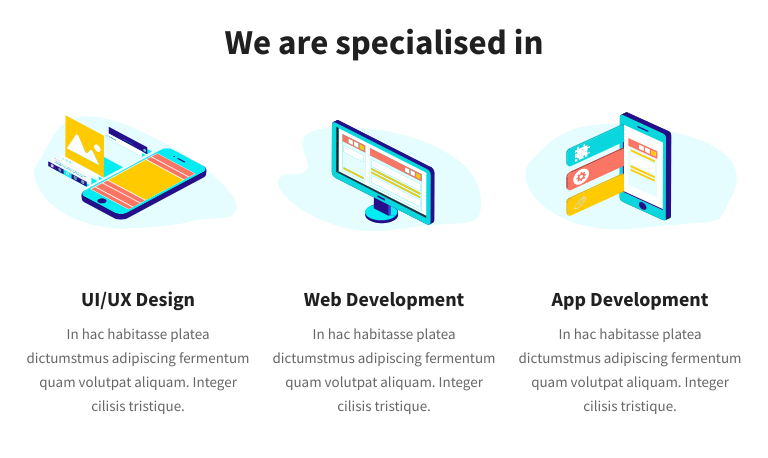
Repository: advert31337/marafon_from0to1_MartaUP
Page: index.html
These files come from the project's save history. The page is drawn as it stood at one moment and after the next save; the edit follows.
The browser window is 768 px wide. The pictures show the part of the page from y = 793 to 1516 px (the page is 1251 px tall before and 1516 px after).

Above is the page before, as saved 2020-03-08 15:30:23.

### index.html
<!DOCTYPE html>
<html lang="en">

<head>
    <meta charset="UTF-8">
    <meta name="viewport" content="width=device-width, initial-scale=1.0">
    <title>Marafon MartaUP</title>
    <link href="https://fonts.googleapis.com/css?family=Source+Sans+Pro:400,600,700&display=swap" rel="stylesheet">
    <link rel="stylesheet" href="css/reset.css">
    <link rel="stylesheet" href="css/slick.css">
    <link rel="stylesheet" href="css/style.css">
</head>

<body>
    <header class="header">

        <div class="container">
            <div class="header__top">

                <div class="logo">
                    <a href="#!">+
                        <img src="images/logo.svg" alt="">
                    </a>
                </div>

                <nav class="menu">
                    <div class="menu__btn">
                        <span>

                        </span>
                    </div>
                    <ul class="menu__list">
                        <li><a class="menu__list-item" href="#">home</a></li>
                        <li><a class="menu__list-item" href="#">work</a></li>
                        <li><a class="menu__list-item" href="#">about</a></li>
                        <li><a class="menu__list-item" href="#">contact</a></li>
                    </ul>
                </nav>

                <div class="header-btn">
                    <a class="login" href="#">login</a>
                    <a class="sign-up" href="#">sign up</a>
                </div>

            </div>

            <div class="header-slider">
                <div class="header-slider__item">
                    <div class="header-slider__item-content">

                        <div class="header-slider__item-info">
                            <h3 class="header-slider__title">
                                We Build Apps & Websites
                                for Your Business
                            </h3>
                            <div class="header-slider__description">
                                For startups, For businesses & For you
                            </div>
                            <a href="" class="header-slider__btn">Request a quote</a>
                        </div>

                        <div class="header-slider__item-images">
                            <img src="images/slider-img.png" alt="">
                        </div>
                    </div>
                </div>


                <div class="header-slider__item">
                    <div class="header-slider__item-content">

                        <div class="header-slider__item-info">
                            <h3 class="header-slider__title">
                                We Build Apps & Websites
                                for Your Business
                            </h3>
                            <div class="header-slider__description">
                                For startups, For businesses & For you
                            </div>
                            <a href="" class="header-slider__btn">Request a quote</a>
                        </div>

                        <div class="header-slider__item-images">
                            <img src="images/slider-img.png" alt="">
                        </div>
                    </div>
                </div>


                <div class="header-slider__item">
                    <div class="header-slider__item-content">

                        <div class="header-slider__item-info">
                            <h3 class="header-slider__title">
                                We Build Apps & Websites
                                for Your Business
                            </h3>
                            <div class="header-slider__description">
                                For startups, For businesses & For you
                            </div>
                            <a href="" class="header-slider__btn">Request a quote</a>
                        </div>

                        <div class="header-slider__item-images">
                            <img src="images/slider-img.png" alt="">
                        </div>
                    </div>
                </div>


                <div class="header-slider__item">
                    <div class="header-slider__item-content">

                        <div class="header-slider__item-info">
                            <h3 class="header-slider__title">
                                We Build Apps & Websites
                                for Your Business
                            </h3>
                            <div class="header-slider__description">
                                For startups, For businesses & For you
                            </div>
                            <a href="" class="header-slider__btn">Request a quote</a>
                        </div>

                        <div class="header-slider__item-images">
                            <img src="images/slider-img.png" alt="">
                        </div>
                    </div>
                </div>


                <div class="header-slider__item">
                    <div class="header-slider__item-content">

                        <div class="header-slider__item-info">
                            <h3 class="header-slider__title">
                                We Build Apps & Websites
                                for Your Business
                            </h3>
                            <div class="header-slider__description">
                                For startups, For businesses & For you
                            </div>
                            <a href="" class="header-slider__btn">Request a quote</a>
                        </div>

                        <div class="header-slider__item-images">
                            <img src="images/slider-img.png" alt="">
                        </div>
                    </div>
                </div>
            </div>

        </div>

    </header>

    <section class="specialised">
        <div class="container">
            <div class="specialised__title title">
                We are specialised in
            </div>
            <div class="specialised__items">
                <div class="specialised__item">
                    <div class="specialised__item-img">
                        <img src="images/specialise-1.svg" alt="">
                    </div>

                    <div class="specialise__item-title">
                        UI/UX Design
                    </div>
                    <div class="specialise__item-text">
                        In hac habitasse platea dictumstmus adipiscing fermentum quam volutpat aliquam. Integer cilisis tristique.
                    </div>
                </div>
                <div class="specialised__item">
                    <div class="specialised__item-img">
                        <img src="images/specialise-2.svg" alt="">
                    </div>
                    <div class="specialise__item-title">
                        Web Development
                    </div>
                    <div class="specialise__item-text">
                        In hac habitasse platea dictumstmus adipiscing fermentum quam volutpat aliquam. Integer cilisis tristique.
                    </div>
                </div>
                <div class="specialised__item">
                    <div class="specialised__item-img">
                        <img src="images/specialise-3.svg" alt="">
                    </div>
                    <div class="specialise__item-title">
                        App Development
                    </div>
                    <div class="specialise__item-text">
                        In hac habitasse platea dictumstmus adipiscing fermentum quam volutpat aliquam. Integer cilisis tristique.
                    </div>
                </div>
            </div>
        </div>
    </section>

    <!-- <section class="advantages">
        <div class="container">

            <div class="advantages-box">
                <div class="advantages-box__info">
                    <div class="advantages-box__title">
                        Experienced Designers & Developers
                    </div>
                    <div class="advantages-box__text">
                        <p>
                            Nam dapibus nisl vitae elit fringilla rutrum. Aenean sollicitudin, erat a elementum rutrum, neque sem pretium metus, quis mollis nisl nunc et massa.
                        </p>
                        <p>
                            Vestibulum sed metus in lorem tristique ullamcorper id vitae erat.
                        </p>
                    </div>
                </div>

                <div class="advantages-box__img">
                    <img src="images/advantages-1.png" alt="">
                </div>
            </div>

            <div class="advantages-box advantages-box--right">
                <div class="advantages-box__info">
                    <div class="advantages-box__title">
                        Information Architect &
                        Visual Prototyping
                    </div>
                    <div class="advantages-box__text">
                        <p>
                            Nam dapibus nisl vitae elit fringilla rutrum. Aenean sollicitudin, erat a elementum rutrum, neque sem pretium metus, quis mollis nisl nunc et massa.
                        </p>
                        <p>
                            Vestibulum sed metus in lorem tristique ullamcorper id vitae erat. Nulla mollis sapien sollicitudin lacinia lacinia. Nam dapibus nisl vitae elit fringilla rutrum. Aenean sollicitudin, erat a elementum rutrum, neque sem pretium metus, quis mollis nisl nunc et massa
                        </p>
                    </div>
                </div>
                <div class="advantages-box__img">
                    <img src="images/advantages-2.png" alt="">
                </div>
            </div>

            <div class="advantages-box">
                <div class="advantages-box__info advantages-box__info--bg">
                    <div class="advantages-box__title">
                        Idea Generation & Foundation
                    </div>
                    <div class="advantages-box__text">
                        <p>
                            Nam dapibus nisl vitae elit fringilla rutrum. Aenean sollicitudin, erat a elementum rutrum, neque sem pretium metus, quis mollis nisl nunc et massa. Nam dapibus nisl vitae elit fringilla rutrum. Aenean sollicitudin, erat a elementum rutrum, neque sem pretium metus, quis mollis nisl nunc et massa    Vestibulum sed metus in lorem tristique ullamcorper id vitae erat. Nulla mollis sapien sollicitudin lacinia lacinia. Nam dapibus nisl vitae elit fringilla rutrum. Aenean sollicitudin, erat a elementum rutrum, neque sem pretium metus, quis mollis nisl nunc et massa
                        </p>
                    </div>
                </div>

                <div class="advantages-box__img">
                    <img src="images/advantages-3.png" alt="">
                </div>
            </div>
        </div>
    </section> -->

    <!-- <section class="reviews">
        <div class="container">
            <div class="reviews__title title">
                Don’t Just Take Our Words
            </div>
            <div class="reviews__items">

                <div class="reviews__item">
                    <div class="reviews__item-head">
                        <img src="images/rev-1.jpg" alt="">
                        <div class="reviews__item-info">
                            <div class="reviews__item-name">
                                Arakat Bank
                            </div>
                            <div class="reviews__item-position">
                                International Bank Ltd.
                            </div>
                        </div>
                    </div>
                    <div class="reviews__item-text">
                        Fusce vehicula dolor arcu, sit amet blandit dolor mollis nec. Donec viverra eleifend lacus, vitae ullamcorper metus. Sed sollicitudin ipsum.
                    </div>
                </div>

                <div class="reviews__item">
                    <div class="reviews__item-head">
                        <img src="images/rev-2.jpg" alt="">
                        <div class="reviews__item-info">
                            <div class="reviews__item-name">
                                Chrsitopher Company Ltd.
                            </div>
                            <div class="reviews__item-position">
                                Design & Development
                            </div>
                        </div>
                    </div>
                    <div class="reviews__item-text">
                        Fusce vehicula dolor arcu, sit amet blandit dolor mollis nec. Donec viverra eleifend lacus, vitae ullamcorper metus. Sed sollicitudin ipsum.
                    </div>
                </div>

                <div class="reviews__item">
                    <div class="reviews__item-head">
                        <img src="images/rev-3.jpg" alt="">
                        <div class="reviews__item-info">
                            <div class="reviews__item-name">
                                Jigsawlab Studio Inc.
                            </div>
                            <div class="reviews__item-position">
                                Interactive Prototyping
                            </div>
                        </div>
                    </div>
                    <div class="reviews__item-text">
                        Fusce vehicula dolor arcu, sit amet blandit dolor mollis nec. Donec viverra eleifend lacus, vitae ullamcorper metus. Sed sollicitudin ipsum.
                    </div>
                </div>

            </div>
        </div>
    </section> -->

    <!-- <footer class="footer">
        <div class="container">
            <div class="footer__inner">
                <div class="footer__link">
                    <a href="#">About Martaup</a>
                    <a href="#">Help</a>
                    <a href="#">Privacy Policy</a>
                </div>
                <div class="footer__copy">
                    © 2013-2018 All rights reserved.
                </div>
            </div>
        </div>
    </footer> -->


    <script src="https://ajax.googleapis.com/ajax/libs/jquery/3.4.1/jquery.min.js"></script>
    <script src="js/slick.min.js"></script>
    <script src="js/main.js"></script>
</body>

</html>

### css/style.css
*{
    box-sizing: border-box;
}

body {
    font-family: 'Source Sans Pro', sans-serif;
    font-size: 15px;
    line-height: 24px;
}

a {
    text-decoration: none;
    color: inherit;
}
.header {
    background-image: url('../images/header-bg.jpg');
    min-height: 793px;
    background-repeat: no-repeat;
    background-size: cover;
    background-position: top center;
}

.container {
    max-width: 1200px;
    margin: 0 auto;
    padding: 0 15px 0 15px;

}

.header__top {
    display: flex;
    justify-content: space-between;
    height: 100px;
    align-items: center;
}

.menu__list {
    display: flex;
}

.menu__list li + li {
    padding-left: 50px;

}

.login {
    margin-right: 44px;
    color: #fff;
    text-transform: uppercase;
    font-weight: 600;
}

.menu__list a{
    opacity: 0.5;
    color: #fff;
    font-weight: 600;
    text-transform: uppercase;
    transition: all 0.5s;
}

.menu__list a:hover {
    opacity: 1;
}

.sign-up {
    text-transform: uppercase;
    color: #250f8a;
    font-weight: 600;
    background-color: #fff;
    padding: 8px 43px;
    border-radius: 20px;

}

.header-slider {
    padding-top: 111px;
}
.header-slider__item {

}
.header-slider__item-content {
    display: flex;
    justify-content: space-between;
}
.header-slider__item-info {
    max-width: 506px;
    color:#fff;
}
.header-slider__title {
    font-weight: 700;
    font-size: 45px;
    line-height: 60px;
    margin-bottom: 10px;
}
.header-slider__description {
    line-height: 55px;
    font-size: 24px;
    margin-bottom: 60px;
}
.header-slider__btn {
    font-weight: 600;
    text-transform: uppercase;
    color: #250F8A;
    padding: 13px 39px;
    background-color: #FFCA00;
    border-radius: 25px;
}
.header-slider__item-images {
    margin: 10px 82px 0 0;
}

.header-dots{
    list-style: none;
    position: absolute;
    right: 0;
    top: 50%;
    transform: translateY(-50%)
}

.header-dots button {
    border: none;
    background-color: #fff;
    opacity: 0.5;
    font-size: 0;
    padding: 0;
    width: 7px;
    height: 7px;
    border-radius: 3.5px;
    cursor: pointer;
    outline: none;
    margin: 10px auto;
    display: block;
}

.header-dots .slick-active button{
    width: 15px;
    opacity: 1;
}

.specialised{
    padding: 55px 0 93px;
    background-image: url(../images/special-bg.svg);
    background-position: left bottom;
    background-repeat: no-repeat;
    color: #202020;
    text-align: center;
}

.specialised__title {
    margin-bottom: 96px;
}
.title {
    font-size: 35px;
    line-height: 45px;
    font-weight: 700;
    text-align: center;
}

.specialised__items {
    display: flex;
    justify-content: space-between;
    max-width: 980px;
    margin: 0 auto;

}
.specialised__item {
    width: 280px;
}
.specialised__item-img {
    margin-bottom: 23px;
    min-height: 159px;
}
.specialise__item-title {
    margin-bottom: 11px;
    font-size: 20px;
    font-weight: 700;
}
.specialise__item-text {
   padding: 0 10px;
   color: #272727;
   opacity: 0.7;
}


.advantages {
    padding-top: 64px;
    background: #f4f9fd;
    background-image: url(../images/advantages-bg.svg);
    background-repeat: no-repeat;
    background-position: center right;
}

.advantages-box {
    display: flex;
    justify-content: space-between;
    padding-bottom: 76px;
}

 .advantages-box--right .advantages-box__info{
    order: 1;
    background-image: url(../images/title-bg-2.svg);
    background-position: 22px 130px;
}
.advantages-box__info {
    max-width: 455px;
    padding-top: 60px;
    background-image: url(../images/title-bg-1.svg);
    background-repeat: no-repeat;
    background-position: 22px 76px;
}

.advantages-box__info--bg{
    background-image: url(../images/title-bg-3.svg);
    background-position: 5px 105px;
}


.advantages-box__title {
    color: #202020;
    font-size: 35px;
    line-height: 45px;
    font-weight: 700;
    padding: 68px 0 15px 48px;

}
.advantages-box__text {
    padding-left: 48px;
    color: #272727;
}

.advantages-box__text p{
    margin: 12px 0;
}


.reviews {
    background-image: url(../images/reviews-bg.jpg);
    background-repeat: no-repeat;
    background-position: top center;
    background-size: cover;
    padding: 38px 53px;
}

.reviews__title {
    color: #fff;
    margin: 0 auto 48px;
    max-width: 384px;
}
.reviews__items {
    max-width: 940px;
    margin: 0 auto;
    display: flex;
    justify-content: space-between;
}
.reviews__item {
    width: 300px;
    border-radius: 5px;
    background-color: rgba(255, 255, 255, .2);
    padding: 35px 20px;
    color: #fff;
}
.reviews__item-head {
    margin-bottom: 13px;
    display: flex;
}

.reviews__item-head img{
    border-radius: 50%;
    margin-right: 20px;
}

.reviews__item-name {
    font-weight: 600;
}
.reviews__item-position {
    opacity: .5;
}
.reviews__item-text {
    text-align: center;
    padding-top: 39px;
    position: relative;
}

.reviews__item-text::before{
    content: "“";
    font-size: 40px;
    line-height: 55px;
    font-weight: 700;
    position: absolute;
    top: 0;
    left: 0;
    right: 0;
}

.footer{

}

.footer__inner {
    display: flex;
    justify-content: space-between;
    align-items: center;
    height: 61px;
    color: #272727;
    padding: 0 40px;
}
.footer__link a + a {
    margin-left: 20px;
}




@media (max-width: 1201px){
    .specialised{
        background-size: 60px;
    }
}

@media (max-width: 1190px){
    .header-slider__item-images{
        margin: 50px 20px 0 0;
    }
    .header-slider__item-images img{
        width: 80%;
    }
    .header-slider__item-info{
        padding: 50px 0;
    }

    .header-slider{
        padding-top: 25px;
    }
}

@media (max-width: 1080px){
    .specialised{
        background-image: none;
    }
}


@media (max-width: 924px){
    .header__top{
        flex-wrap: wrap;
    }

    .header-btn{
        width: 100%;
        text-align: right;
    }

    .login{
        margin-right: 30px;
    }

}

@media (max-width: 900px){
    .header-slider__item-images{
        display: none;
    }
}

@media (max-width: 775px) {
    .specialised{
        padding: 20px 0 40px;
    }

    .specialised__title{
        margin-bottom: 40px;
    }
}

@media (max-width: 570px) {
    .menu__list{
        display: none;
        position: absolute;
        top: 120px;
        left: 0;
        text-align: center;
        width: 100%;
        background-color: #1a50a8;
        z-index: 5;
    }

    .menu__list li + li{
        padding-left: 0;
    }

    .menu__list a{
        display: block;
        padding: 10px;
    }

    .menu__btn{
        width: 30px;
        height: 20px;
        position: relative;

    }

    .menu__btn span{
        width: 100%;
        height: 2px;
        background-color: #fff;
        top:9px;
        position: absolute;
    }

    .menu__btn::after,
    .menu__btn::before{
        content: "";
        height: 2px;
        width: 100%;
        background-color: #fff;
        position: absolute;
    }

    .menu__btn::after{
        top: 0;
    }

    .menu__btn::before{
        bottom: 0;
    }

    .header-slider__item-info{
        padding: 10px 30px 10px 0;
    }

    .header{
        min-height: 580px;
    }

    .header-slider__description{
        margin-bottom: 20px;
        font-size: 20px;
        line-height: 35px;
    }

    .header-slider__title{

        font-size: 35px;
        line-height: 45px;

    }



}

@media (min-width: 570px){
    .menu__list{
        display: flex !important;
    }

}

### js/main.js
$(function(){
    $('.header-slider').slick({
        arrows: false,
        vertical: true,
        dots: true,
        dotsClass: 'header-dots',
        autoplay: 2000,

    })

    $('.menu__btn').on('click', function(){
        $('.menu__list').slideToggle()
    })
})

Loaded but not shown: css/reset.css (common file); css/slick.css (common file); js/slick.min.js (library)

After the next save:
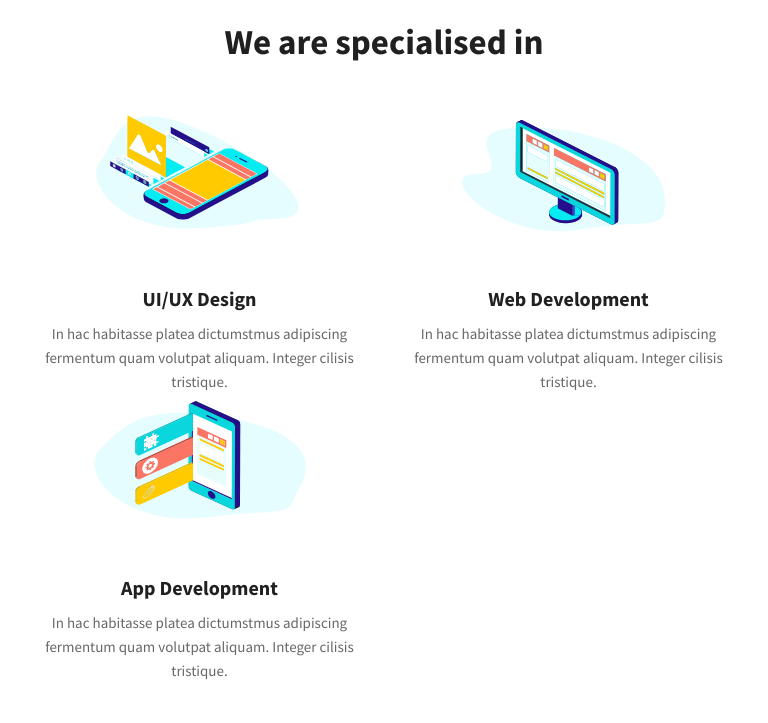
Saved 90 s later.
--- a/css/style.css
+++ b/css/style.css
@@ -370,6 +370,14 @@ a {
     .specialised__title{
         margin-bottom: 40px;
     }
+
+    .specialised__items{
+        flex-wrap: wrap;
+    }
+
+    .specialised__item{
+        width: 50%;
+    }
 }
 
 @media (max-width: 570px) {
